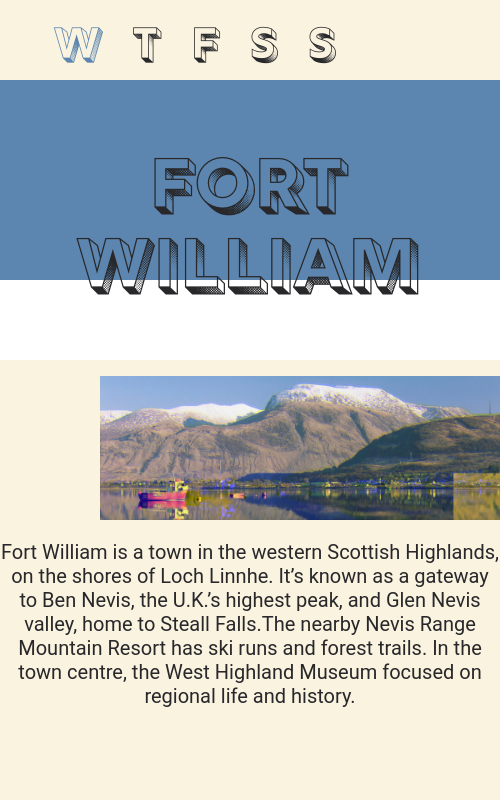
Repository: etak-yram/FINAL-CFG-WEB-DEV
Page: wednesday.html
An editor plug-in stored every save of this project. The page is shown before and after the next save, followed by the edit.
The browser window is 375 px wide. The page is 500 px wide, so the pictures cover 500 px, including what lies to the right of the window. The pictures show the whole page.

Above is the page before, as saved 2022-07-27 13:41:40.

### wednesday.html
<!DOCTYPE html>
<html lang="en">

<style>
    #menu-item-wed {
    color: #5c86af;
}

    #aside-color-w {
    background-color: #5c86af;
}

    #aside-text-wed {
        font-size: 6em;
    }

    #aside-text-wed {
        font-size: 6em;
    }
</style>

<head>
    <meta charset="UTF-8">
    <meta http-equiv="X-UA-Compatible" content="IE=edge">
    <meta name="viewport" content="width=device-width, initial-scale=1.0">
    <link rel="stylesheet" type="text/css" href="style-main.css"/>

    <title>WED</title>
</head>
<body>
        <aside id="aside-color-w">
            <div class="aside-text-h" id="aside-text-wed">
                <h1>Fort<br>William</h1>
            </div>
        </aside>

        <subtext>
            <p class="sub-text">56.8198° N, 5.1052°W<br><em>An Gearasdan</em></p>
        </subtext>

        <header>
            <ul class="navbar">
                <li><a href="/wednesday.html" id="menu-item-wed" class="menu-item">Wed</a></li>
                <li><a href="/thursday.html" id="menu-item-thu" class="menu-item">Thu</a></li>
                <li><a href="/friday.html" id="menu-item-fri" class="menu-item">Fri</a></li>
                <li><a href="/saturday.html" id="menu-item-sat" class="menu-item">Sat</a></li>
                <li><a href="/sunday.html" id="menu-item-sun" class="menu-item">Sun</a></li>
            </ul>
        </header>



        <mobile-header>
            <ul class="mobile-navbar">
                <li><a href="/wednesday.html" id="menu-item-wed" class="menu-item">W</a></li>
                <li><a href="/thursday.html" id="menu-item-thu" class="menu-item">T</a></li>
                <li><a href="/friday.html" id="menu-item-fri" class="menu-item">F</a></li>
                <li><a href="/saturday.html" id="menu-item-sat" class="menu-item">S</a></li>
                <li><a href="/sunday.html" id="menu-item-sun" class="menu-item">S</a></li>
            </ul>
        </mobile-header>



        <main-img>
            <div>
                <img class="home-image" src="/images/Fort William.png">
            </div>
        </main-img>

        <main><p>Fort William is a town in the western Scottish Highlands, on the shores of Loch Linnhe. It’s known as a gateway to Ben Nevis, the U.K.’s highest peak, and Glen Nevis valley, home to Steall Falls.The nearby Nevis Range Mountain Resort has ski runs and forest trails. In the town centre, the West Highland Museum focused on regional life and history.<br><br>
        We will travel through the stunning Glencoe on the way - It's going to be magical ♡</p></main>

        <footer></footer>

        <rightside></rightside>

</html>

### style-main.css
@font-face {
  font-family: halftone;
  src: url("/fonts/MyFontsWebfontsKit/webFonts/RigBoldHalftone/font.woff");
}
@import url('https://fonts.googleapis.com/css2?family=Roboto:wght@100&display=swap');
/* font-family: 'Roboto', sans-serif; */

body, html {
  height: 100vh;
}


body {
  margin: 0;
  display: grid;
  grid-template-columns: 21% 15% 20% 30% 21% ;
  grid-template-rows: 10% auto auto 10%;
  grid-template-areas:
    "sidebar subtext header header aside"
    "sidebar subtext main-img main-img aside"
    "sidebar subtext main main aside"
    "sidebar footer footer footer aside";
}


/* right sidebar */

rightside {
  grid-area: aside;
  background-color:#faf3e0;
}

/* sidebar */
aside {
  grid-area: sidebar;
}

.aside-text-h {
  transform: rotate(-90deg);
  transform-origin:bottom right;
  padding-top: 100px;
}

.aside-text-h h1 {
  font-family: halftone;
  color: #28282B;
  line-height: 130px;
}

/* subtext */

subtext {
  grid-area: subtext;
  background-color:#faf3e0;
}

.sub-text {
  font-family: 'Roboto', sans-serif;
  color:#28282B;
  font-size: 25px;
  transform: rotate(-90deg);
  transform-origin:bottom;
  padding-top: 550px;
  margin-left: -100px;
}


/* navbar */



header {
  grid-area: header;
  background-color:#faf3e0;
}


.navbar {
  display: flex;
  list-style: none;
  justify-content: center;
  justify-items: center;

}

.navbar a {
  font-family: halftone;
  text-decoration: none;
  color: #28282B;
  font-size: 4rem;
  padding: 20px;
}

#menu-item-wed:hover {
	color: #5c86af;
}
#menu-item-thu:hover {
	color: #ff914d;
}
#menu-item-fri:hover {
	color: #ffde59;
}
#menu-item-sat:hover {
	color: #03989e;
}
#menu-item-sun:hover {
	color: #b071c2;
}

/* main image  */

main-img {
  grid-area: main-img;
  background-color:#faf3e0;
  display: flex;
  align-items: center;
  padding-left: 100px;
  padding-top: 100px;
}

.home-image {
  width: 800px;
}


/* paragraph of info */
main {
  grid-area: main;
  background-color: #faf3e0;
  text-align: center;
}

main p {
  font-family: 'Roboto', sans-serif;
  color:#28282B;
  font-size: 20px;
}


/* footer */
footer {
  grid-area: footer;
  background-color:#faf3e0;
}





























/* Media Queries */

/* Extra small devices (phones, 600px and down) */
@media only screen and (max-width: 600px) {

  body {
    margin: 0;
    display: grid;
    grid-template-columns: 1fr;
    grid-template-rows: 10% 25% 10% 20% 25% 10%;
    grid-template-areas:
      "header"
      "sidebar"
      "subtext"
      "main-img"
      "main"
      "footer";
  }

  header {
    display: none;
    padding: none;
  }

  mobile-header {
    grid-area: header;
    background-color:#faf3e0;
  }


  .mobile-navbar {
    display: flex;
    list-style: none;

  }

  .mobile-navbar a {
    font-family: halftone;
    text-decoration: none;
    color: #28282B;
    font-size: 3rem;
    padding: 15px;

  }


/* sidebar */
aside {
  grid-area: sidebar;
  display: flex;
  justify-content: center;
  align-items: center;
  text-align: center;
}


.aside-text-h h1 {
  font-family: halftone;
  color: #28282B;
  font-size: .8em;
  line-height: 80px;
}


.aside-text-h {
  transform: none;
  transform-origin: none;
}


/* subtext */

subtext {
  display: none;
  /* grid-area: subtext;
  background-color:#faf3e0; */
}

/* .sub-text {
  font-family: 'Roboto', sans-serif;
  color:#28282B;
  font-size: 12px;
  transform: none;
} */





/* main image  */

main-img {
  grid-area: main-img;
  background-color:#faf3e0;
  display: flex;
  align-items: center;
}

.home-image {
  width: 400px;
}


/* paragraph of info */
main {
  grid-area: main;
  background-color: #faf3e0;
  text-align: center;
}

main p {
  font-family: 'Roboto', sans-serif;
  color:#28282B;
  font-size: 20px;
}


/* footer */
footer {
  grid-area: footer;
  background-color:#faf3e0;
}


  }

/* Small devices (portrait tablets and large phones, 600px and up) */
@media only screen and (min-width: 600px) {}
/* Medium devices (landscape tablets, 768px and up) */
@media only screen and (min-width: 768px) {}

/* Large devices (laptops/desktops, 992px and up) */
@media only screen and (min-width: 992px) {
  mobile-header {
    display: none;
  }
}

/* Extra large devices (large laptops and desktops, 1200px and up) */
@media only screen and (min-width: 1200px) {
  mobile-header {
    display: none;
  }
}

After the next save:
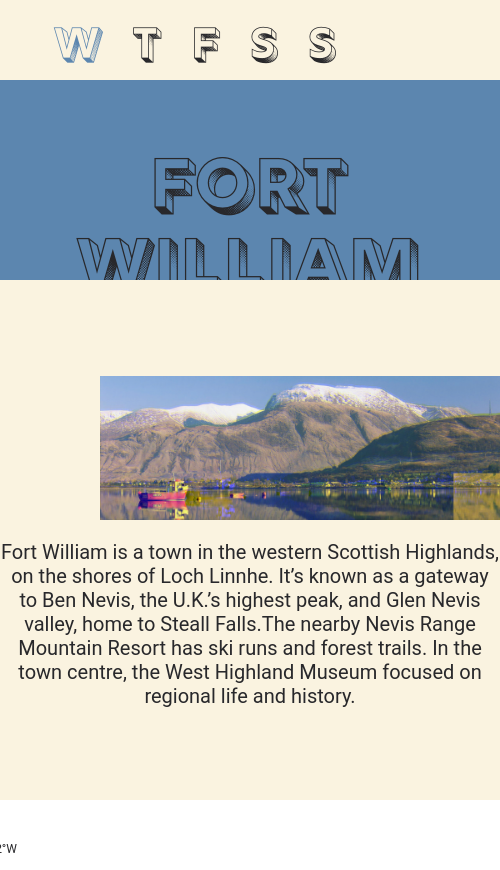
Saved 20 s later.
--- a/style-main.css
+++ b/style-main.css
@@ -244,17 +244,17 @@
 /* subtext */
 
 subtext {
-  display: none;
+  /* display: none; */
   /* grid-area: subtext;
   background-color:#faf3e0; */
 }
 
-/* .sub-text {
+.sub-text {
   font-family: 'Roboto', sans-serif;
   color:#28282B;
   font-size: 12px;
   transform: none;
-} */
+}
 
 
 

After the save that followed:
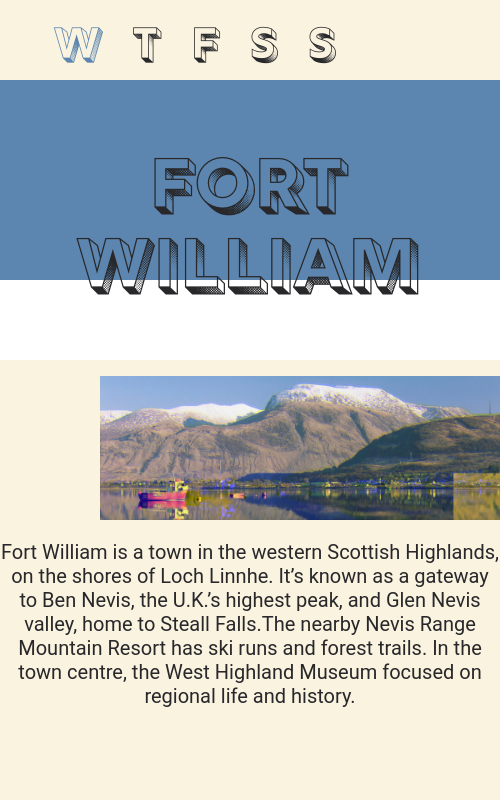
Saved 39 s later.
--- a/style-main.css
+++ b/style-main.css
@@ -244,17 +244,17 @@
 /* subtext */
 
 subtext {
-  /* display: none; */
+  display: none;
   /* grid-area: subtext;
   background-color:#faf3e0; */
 }
 
-.sub-text {
+/* .sub-text {
   font-family: 'Roboto', sans-serif;
   color:#28282B;
   font-size: 12px;
   transform: none;
-}
+} */
 
 
 
